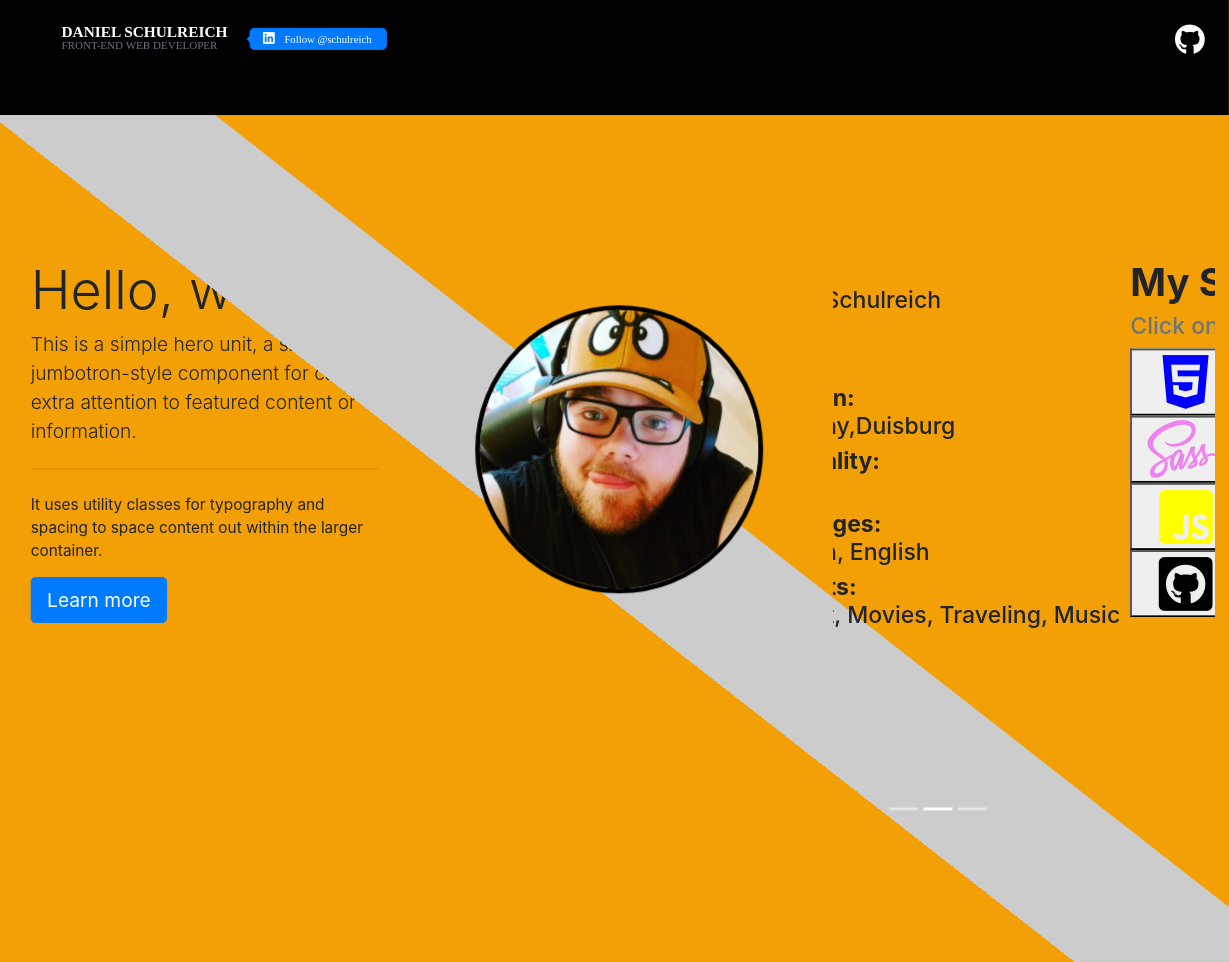
Repository: schulreich/my_portfolio
Page: portfolio.html
The author's editor kept a copy of each file at every save. The page is drawn from the files as they stood at one save, then again after the next save.
The browser window is 1280 px wide. The pictures show the whole page, at 96% of full size.
Some web fonts or font styles are not loaded; a fallback is used. Some web libraries are served in a nearby version.

Above is the page before, as saved 2020-06-19 15:43:58.

### portfolio.html
<!DOCTYPE html>
<html lang="en">
<head>
    <meta charset="UTF-8">
    <meta name="viewport" content="width=device-width, initial-scale=1.0">
    <meta http-equiv="X-UA-Compatible" content="ie=edge">
    <link rel="stylesheet" href="https://stackpath.bootstrapcdn.com/bootstrap/4.1.3/css/bootstrap.min.css" integrity="sha384-MCw98/SFnGE8fJT3GXwEOngsV7Zt27NXFoaoApmYm81iuXoPkFOJwJ8ERdknLPMO" crossorigin="anonymous">
    <link rel="stylesheet" href="css/main.css">
    <link rel="stylesheet" href="https://use.fontawesome.com/releases/v5.5.0/css/all.css" integrity="sha384-B4dIYHKNBt8Bc12p+WXckhzcICo0wtJAoU8YZTY5qE0Id1GSseTk6S+L3BlXeVIU" crossorigin="anonymous">

    <title>Document</title>
</head>
<body>
    <header>
        <div class="row">
            <div class="name">DANIEL SCHULREICH</div>
            <div class="title text-muted"><small>FRONT-END WEB DEVELOPER</small></div>
            <a class="btn btn-primary btn-sm follow d-none d-lg-block" href="https://www.linkedin.com/in/daniel-schulreich-a5347617b/" target="_blank" role="button"><i class="fab fa-linkedin "></i><i class="fas fa-arrow-left arrow-left text-primary"></i><small>Follow @schulreich</small></a>

            <div class="nav">
                    <ul>
                        <li class="github"><i class="fab fa-github fa-2x nav-icon"></i><a href="https://github.com/schulreich" target="_blank">GitHub</a>
                        </li>
                    </ul>
                </div>


        </div>
    </header>

    <section class="project-modal">

    <div class="modal fade bd-example-modal-lg" tabindex="-1" role="dialog" aria-labelledby="myLargeModalLabel" aria-hidden="true">
            <div class="modal-dialog modal-lg">
              <div class="modal-content">
                <div class="modal-header">
                  <h5 class="modal-title" id="exampleModalLabel"><strong>JavaScript Boardgame</strong></h5>
                  <button type="button" class="close" data-dismiss="modal" aria-label="Close">
                    <span aria-hidden="true">&times;</span>
                  </button>
                </div>
                <div class="modal-body modal-align">
                    <img class="modal-img" src="images/boardgame.png" alt="">
                </div>
                <div class="modal-footer">
                  <a href="#" target="_blank" class="btn btn-primary btn-lg active" role="button" aria-pressed="true">comming soon</a>
                  <button type="button" class="btn btn-secondary" data-dismiss="modal">Close</button>
                </div>
              </div>
            </div>
          </div>

          <div class="modal fade bd-cards-example-modal-lg" tabindex="-1" role="dialog" aria-labelledby="myLargeModalLabel" aria-hidden="true">
                <div class="modal-dialog modal-lg">
                  <div class="modal-content">
                    <div class="modal-header">
                      <h5 class="modal-title" id="exampleModalLabel"><strong>Bootstrap Moviefestival website</strong></h5>
                      <button type="button" class="close" data-dismiss="modal" aria-label="Close">
                        <span aria-hidden="true">&times;</span>
                      </button>
                    </div>
                    <div class="modal-body modal-align">
                        <img class="modal-img" src="images/moviefestival.png" alt="">
                    </div>
                    <div class="modal-footer">
                      <a href="https://schulreich.github.io/project-movie-festival/" target="_blank" class="btn btn-primary btn-lg active" role="button" aria-pressed="true">Watch</a>
                      <button type="button" class="btn btn-secondary" data-dismiss="modal">Close</button>
                    </div>
                  </div>
                </div>
              </div>


              <div class="modal fade bd-grid-example-modal-lg" tabindex="-1" role="dialog" aria-labelledby="myLargeModalLabel" aria-hidden="true">
                    <div class="modal-dialog modal-lg">
                      <div class="modal-content">
                        <div class="modal-header">
                          <h5 class="modal-title" id="exampleModalLabel"><strong>React Restaurant review website</strong></h5>
                          <button type="button" class="close" data-dismiss="modal" aria-label="Close">
                            <span aria-hidden="true">&times;</span>
                          </button>
                        </div>
                        <div class="modal-body modal-align">
                            <img class="modal-img" src="images/restaurantreview.png" alt="">
                        </div>
                        <div class="modal-footer">
                          <a href="#" target="_blank" class="btn btn-primary btn-lg active" role="button" aria-pressed="true">comming soon</a>
                          <button type="button" class="btn btn-secondary" data-dismiss="modal">Close</button>
                        </div>
                      </div>
                    </div>
                  </div>


          <div class="modal fade bd-register-example-modal-lg" tabindex="-1" role="dialog" aria-labelledby="myLargeModalLabel" aria-hidden="true">
                <div class="modal-dialog modal-lg">
                  <div class="modal-content">
                    <div class="modal-header">
                      <h5 class="modal-title" id="exampleModalLabel"><strong>WordPress</strong></h5>
                      <button type="button" class="close" data-dismiss="modal" aria-label="Close">
                        <span aria-hidden="true">&times;</span>
                      </button>
                    </div>
                    <div class="modal-body modal-align">
                        <img class="modal-img" src="images/WordPress.png" alt="">
                    </div>
                    <div class="modal-footer">
                      <a href="http://dev-lifestylechaletsandcaviar.pantheonsite.io/" target="_blank" class="btn btn-primary btn-lg active" role="button" aria-pressed="true">Watch</a>
                      <button type="button" class="btn btn-secondary" data-dismiss="modal">Close</button>
                    </div>
                  </div>
                </div>
              </div>

    </section>

    <section class="skill-modal">

    <section class="container-fluid intro-section">

        <div class="row">
             <div class="intro col-lg-4 col-md-5 jumbotron">
                <h1 class="display-4">Hello, world!</h1>
                     <p class="lead">This is a simple hero unit, a simple jumbotron-style component for calling extra attention to featured content or information.</p>
                <hr class="my-4">
                     <p>It uses utility classes for typography and spacing to space content out within the larger container.</p>
                            <a class="btn btn-primary btn-lg" href="#" role="button">Learn more</a>
          </div>


          <div class="col-lg-4 d-none d-lg-block move">
              <img class="skew" src="https://dummyimage.com/200x753/000/000" alt="">
              <img class="rounded-circle " src="images/test.jpeg" alt="">
          </div>

<aside id="carouselExampleIndicators" class="col-lg-4 personal-information carousel slide" data-ride="carousel">
        <ol class="carousel-indicators">
                <li data-target="#carouselExampleIndicators" data-slide-to="0" class="active"></li>
                <li data-target="#carouselExampleIndicators" data-slide-to="1"></li>
                <li data-target="#carouselExampleIndicators" data-slide-to="2"></li>
              </ol>
    <div class="carousel-inner">
        <div class="carousel-item active">
              <h4><strong>Name:</strong> <br> Daniel Schulreich</h4>
              <h4><strong>Age:</strong> <br> 33</h4>
              <h4><strong>Location:</strong> <br> Germany,Duisburg</h4>
              <h4><strong>Nationality:</strong> <br> Austria</h4>
              <h4><strong>Languages:</strong> <br> German, English</h4>
              <h4><strong>Interests:</strong> <br> E-Sport, Movies, Traveling, Music</h4>
        </div>
        <div class="carousel-item">
            <aside class="skills"> <!-- text-center -->
              <h1><strong>My Skills</strong></h1>
              <h4 class="text-muted">Click on Icons for more Details</h4>
              <div class="y">
                <!--  justify-content-center -->
                <div class="row">

                  <div class="col-lg-4"><a href="https://openclassrooms.com/en/course-certificates/8254547573" target="_blank" class="active" role="button" aria-pressed="true"><button class="skill-button"><i class="fab fa-html5 fa-4x" ></i></a></div>
                  <div class="col-lg-4"><a href="https://openclassrooms.com/en/course-certificates/2811490125" target="_blank" class="active" role="button" aria-pressed="true"><button class="skill-button"><i class="fab fa-css3-alt fa-4x"></i></button></a></div>
                </div>
                <div class="row">
                    <div class="col-lg-4"><a href="https://openclassrooms.com/en/course-certificates/3315606497" target="_blank" class="active" role="button" aria-pressed="true"><button class="skill-button"><i class="fab fa-sass fa-4x"></i></button></a></div>
                    <div class="col-lg-4"><a href="https://openclassrooms.com/en/course-certificates/8340529448" target="_blank" class="active" role="button" aria-pressed="true"><button class="skill-button"><i class="fab fa-react fa-4x"></i></button></a></div>
                </div>
                <div class="row">
                  <div class="col-lg-4"><a href="https://openclassrooms.com/en/course-certificates/2140767815" target="_blank" class="active" role="button" aria-pressed="true"><button class="skill-button"><i class="fab fa-js-square fa-4x"></i></button></a></div>
                  <div class="col-lg-4"><a href="https://openclassrooms.com/en/course-certificates/8343798364" target="_blank" class="active" role="button" aria-pressed="true"><button class="skill-button"><i class="fab fa-wordpress fa-4x"></i></button></a></div>
                </div>
                <div class="row">
                  <div class="col-lg-4"><a href="https://openclassrooms.com/en/course-certificates/4342386076" target="_blank" class="active" role="button" aria-pressed="true"><button class="skill-button"><i class="fab fa-github-square fa-4x"></i></button></a></div>
                  <!-- Bootstrap icon was not Available-->
                  <div class="col-lg-4"><a href="https://openclassrooms.com/en/course-certificates/8244891630" target="_blank" class="active" role="button" aria-pressed="true"><button class="skill-button"><i class="fas fa-bold fa-4x"></i></button></a></div>
                <div class="row">
                  <div class="col-lg-4"><a href="https://openclassrooms.com/en/learning-path-certificates/5664741678" target="_blank" class="active" role="button" aria-pressed="true"><button class="skill-button"><i class="fas fa-user-graduate fa-4x"></i></button></a></div>
                </div>
                </div>
              </div>
            </aside>
        </div>
        <div class="carousel-item">
            <aside class="projects">
                <h1>Projects</h1>
                <h4 class="text-muted">Select Thumbnail</h4>

                <img src="images/boardgame.png" class="img-thumbnail thumbnail" data-toggle="modal" data-target=".bd-example-modal-lg" alt="...">
                <img src="images/moviefestival.png" class="img-thumbnail thumbnail" data-toggle="modal" data-target=".bd-cards-example-modal-lg" alt="..."> <br>
                <img src="images/restaurantreview.png" class="img-thumbnail thumbnail" data-toggle="modal" data-target=".bd-grid-example-modal-lg" alt="...">
                <img src="images/WordPress.png" class="img-thumbnail thumbnail" data-toggle="modal" data-target=".bd-register-example-modal-lg" alt="...">
            </aside>
        </div>
    </div>
</aside>

    </div>

    </section>









    <script src="https://code.jquery.com/jquery-3.3.1.slim.min.js" integrity="sha384-q8i/X+965DzO0rT7abK41JStQIAqVgRVzpbzo5smXKp4YfRvH+8abtTE1Pi6jizo" crossorigin="anonymous"></script>
<script src="https://cdnjs.cloudflare.com/ajax/libs/popper.js/1.14.3/umd/popper.min.js" integrity="sha384-ZMP7rVo3mIykV+2+9J3UJ46jBk0WLaUAdn689aCwoqbBJiSnjAK/l8WvCWPIPm49" crossorigin="anonymous"></script>
<script src="https://stackpath.bootstrapcdn.com/bootstrap/4.1.3/js/bootstrap.min.js" integrity="sha384-ChfqqxuZUCnJSK3+MXmPNIyE6ZbWh2IMqE241rYiqJxyMiZ6OW/JmZQ5stwEULTy" crossorigin="anonymous"></script>
</body>
</html>

### css/main.css
@import url("https://fonts.googleapis.com/css?family=Coda");
@keyframes mymove {
  0% {
    left: 16%;
  }
  100% {
    left: 25%;
  }
}
@keyframes myskew {
  0% {
    transform: skew(52deg);
  }
  100% {
    transform: skew(0deg);
  }
}
@keyframes myfade {
  0% {
    opacity: 0;
  }
  25% {
    opacity: 0;
  }
  50% {
    opacity: 0.6;
  }
  75% {
    opacity: 0.8;
  }
  100% {
    opacity: 1;
  }
}
body {
  background-color: #f3a006;
}

header {
  background-color: black;
  height: 120px;
  font-family: "Coda";
}
header .name {
  position: absolute;
  left: 5%;
  top: 3%;
  color: white;
  font-weight: bolder;
}
header .title {
  position: absolute;
  top: 5%;
  left: 5%;
  color: white;
  font-size: 0.9em;
}
header .follow {
  position: absolute;
  left: 260px;
  top: 4%;
  border-radius: 5px;
  padding-top: 0;
  padding-bottom: 0;
  padding-right: 15px;
  padding-left: 3px;
}
header .arrow-left {
  position: absolute;
  left: -10%;
  top: 18%;
}
header .nav-icon {
  color: white;
}
header i {
  padding: 0 10px;
}
header ul {
  list-style-type: none;
}
header .nav ul {
  margin: 0;
  padding: 0;
  position: absolute;
  top: 10px;
  right: 0;
  font-size: 0px;
}
header .nav ul li {
  font-size: 12pt;
  display: inline-block;
  padding: 15px;
  transition: all 0.2s ease-in-out;
}
header .nav ul li a {
  font-family: FontAwesome;
  color: lime;
  font-size: 22pt;
  text-decoration: none;
}
header .nav ul .github.about .code .contact {
  background: black;
}
header .nav ul li i {
  display: block;
}
header .nav ul li a {
  display: none;
}
header .nav ul li:hover i {
  display: none;
}
header .nav ul li:hover a {
  display: block;
}
header .nav a:hover {
  color: lime;
}

.modal-img {
  width: 600px;
}

.modal-align {
  padding-left: 6rem;
}

.modal-header {
  background-color: #f3a006;
}

.modal-body {
  background-color: black;
}

.intro-section {
  background-color: #f3a006;
  /*}
  .rounded-circle:hover{
      left: 25%;
      transition: 2s left;
  }*/
}
.intro-section .intro {
  background-color: #f3a006;
  top: 85px;
}
.intro-section .skew {
  transform: skew(52deg);
  position: absolute;
  height: 147%;
  left: 30%;
  animation: myskew 2s 1 ease;
  animation-fill-mode: forwards;
}
.intro-section .rounded-circle {
  position: absolute;
  border: solid 5px black;
  height: 300px;
  width: 300px;
  left: 16%;
  top: 33%;
  animation: mymove 2s 1 ease;
  animation-fill-mode: forwards;
}
.intro-section .personal-information {
  position: relative;
  top: 150px;
  animation: myfade 5s 1 ease;
  transition-delay: 3s;
}
.intro-section .carousel-inner {
  height: 600px;
}
.carousel-indicators{
  right: 42%;
}
.intro-section .skill-button {
  width: 115px;
}
.intro-section .fa-html5 {
  color: blue;
}
.intro-section .fa-css3-alt {
  color: pink;
}
.intro-section .fa-sass {
  color: violet;
}
.intro-section .fa-react {
  color: skyblue;
  width: 100px;
}
.intro-section .fa-js-square {
  color: yellow;
  width: 100px;
}
.intro-section .fa-bold{
  color:white;
  background-color: purple;
}
.intro-section .thumbnail {
  width: 200px;
  height: 200px;
}

After the next save:
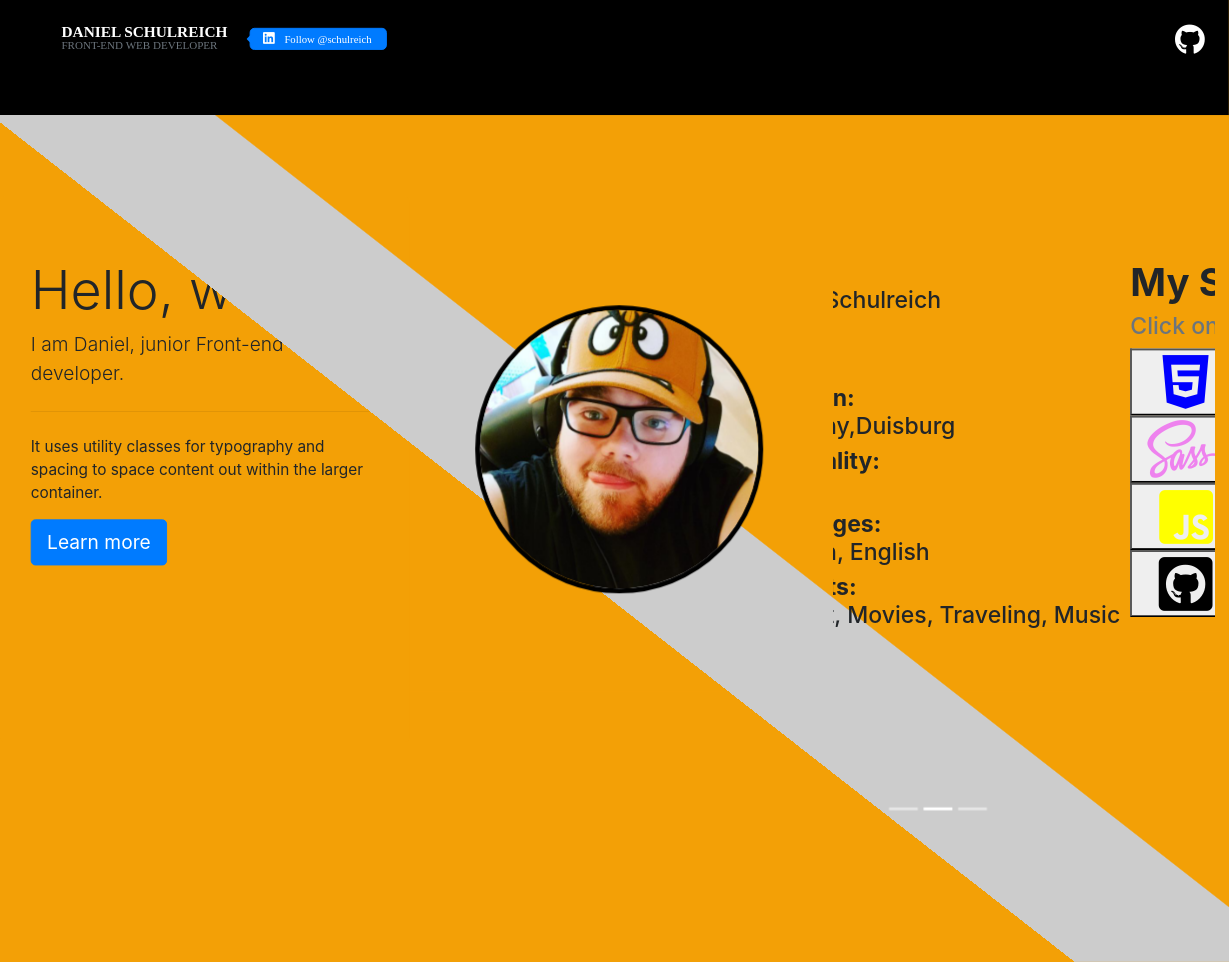
Saved 2 min 23 s later.
--- a/portfolio.html
+++ b/portfolio.html
@@ -121,7 +121,7 @@
         <div class="row">
              <div class="intro col-lg-4 col-md-5 jumbotron">
                 <h1 class="display-4">Hello, world!</h1>
-                     <p class="lead">This is a simple hero unit, a simple jumbotron-style component for calling extra attention to featured content or information.</p>
+                     <p class="lead">I am Daniel, junior Front-end developer. </p>
                 <hr class="my-4">
                      <p>It uses utility classes for typography and spacing to space content out within the larger container.</p>
                             <a class="btn btn-primary btn-lg" href="#" role="button">Learn more</a>
